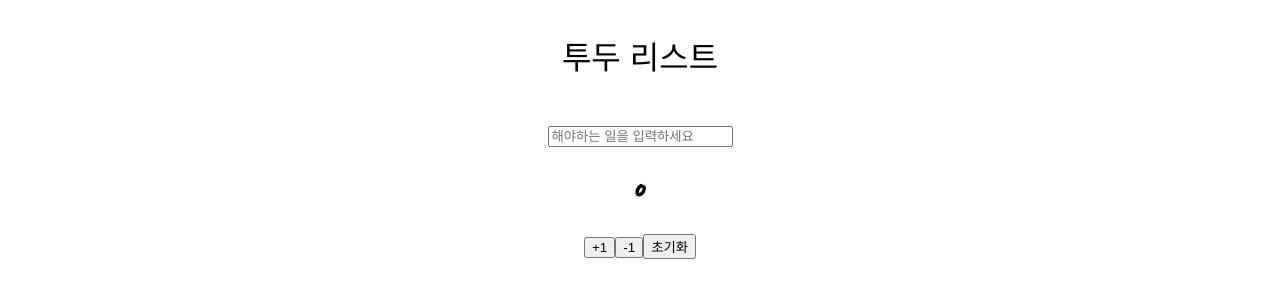
Repository: jun01270/Todo-List_React
Page: /
An editor plug-in stored every save of this project. The page is shown before and after a run of saves, followed by the edit.
The browser window is 1280 px wide. The pictures show the whole page.
The project was rebuilt for these pictures with package versions that can differ from the ones it lists, and the page was loaded fresh each time.

Above is the page before, as saved 2023-01-02 13:33:37.

### public/index.html
<!DOCTYPE html>
<html lang="en">
  <head>
    <meta charset="utf-8" />
    <link rel="preconnect" href="https://fonts.googleapis.com" />
    <link rel="preconnect" href="https://fonts.gstatic.com" crossorigin />
    <link
      href="https://fonts.googleapis.com/css2?family=Nanum+Pen+Script&display=swap"
      rel="stylesheet"
    />
    <meta name="viewport" content="width=device-width, initial-scale=1" />
    <meta name="theme-color" content="#000000" />
    <meta
      name="description"
      content="Web site created using create-react-app"
    />
    <link rel="apple-touch-icon" href="%PUBLIC_URL%/logo192.png" />
    <!--
      manifest.json provides metadata used when your web app is installed on a
      user's mobile device or desktop. See https://developers.google.com/web/fundamentals/web-app-manifest/
    -->
    <link rel="manifest" href="%PUBLIC_URL%/manifest.json" />
    <!--
      Notice the use of %PUBLIC_URL% in the tags above.
      It will be replaced with the URL of the `public` folder during the build.
      Only files inside the `public` folder can be referenced from the HTML.

      Unlike "/favicon.ico" or "favicon.ico", "%PUBLIC_URL%/favicon.ico" will
      work correctly both with client-side routing and a non-root public URL.
      Learn how to configure a non-root public URL by running `npm run build`.
    -->
    <title>React App</title>
  </head>
  <body>
    <noscript>You need to enable JavaScript to run this app.</noscript>
    <div id="root"></div>
    <!--
      This HTML file is a template.
      If you open it directly in the browser, you will see an empty page.

      You can add webfonts, meta tags, or analytics to this file.
      The build step will place the bundled scripts into the <body> tag.

      To begin the development, run `npm start` or `yarn start`.
      To create a production bundle, use `npm run build` or `yarn build`.
    -->
  </body>
</html>

### src/App.js
import "./App.css";
import Counter from "./counter";
import Todo from "./todo";

function App() {
  const handleEvent = (event) => {
    console.log(event.target.value);
  };
  return (
    <div className="todo">
      <Todo />
      <Counter />
    </div>
  );
}

export default App;

### src/App.css
.todo {
  text-align: center;
  font-family: "Nanum Pen Script", cursive;
}

.todo-all {
  font-size: xx-large;
}

.todo-list {
}

.todo-title {
  font-family: "Nanum Pen Script", cursive;
}

.todo-Form {
}

.sub {
  margin-left: 5px;
}

### src/counter.js
import React, { useState } from "react";

function Counter() {
  let [num, numPlus] = useState(0);

  let increase = () => {
    console.log("+1");
    numPlus(num + 1);
  };
  let decrease = () => {
    console.log("-1");
    numPlus(num - 1);
  };

  let set = () => {
    console.log("-1");
    numPlus(0);
  };

  return (
    <div>
      <h1>{num}</h1>
      <button onClick={increase}>+1</button>
      <button onClick={decrease}>-1</button>
      <button onClick={set}>초기화</button>
    </div>
  );
}

export default Counter;

### src/todo.js
import { useState } from "react";
import "./App.css";

function Todo() {
  const handleEvent = (event) => {
    setinputValue(event.target.value);
  };

  const [inputValue, setinputValue] = useState();

  return (
    <div className="todo">
      <div className="todo-all">
        <p className="todo-title">투두 리스트</p>
        <div className="todo-list">
          <div className="todo-form">
            <input
              type="text"
              placeholder="해야하는 일을 입력하세요"
              onChange={handleEvent}
              value={inputValue}
            ></input>
          </div>
        </div>
      </div>
    </div>
  );
}

export default Todo;

Loaded but not shown: src/index.js (common file); src/index.css (common file); src/reportWebVitals.js (common file)

After the next 2 saves:
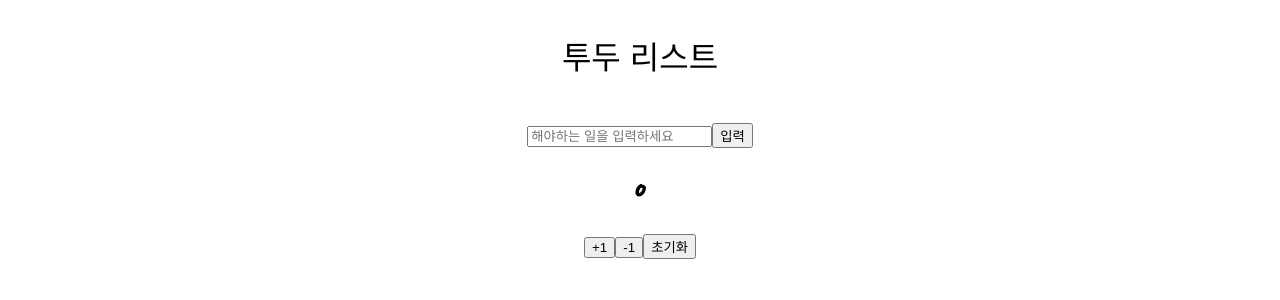
The 2 saves are shown as one change because 1 did not build or start.
The last was saved 3 min 44 s later.
--- a/src/todo.js
+++ b/src/todo.js
@@ -6,7 +6,10 @@ function Todo() {
     setinputValue(event.target.value);
   };
 
-  const [inputValue, setinputValue] = useState();
+  const [inputValue, setinputValue] = useState("");
+  const [todoList, setTodoList] = useState([]);
+
+  const addTodo = () => {};
 
   return (
     <div className="todo">
@@ -20,6 +23,7 @@ function Todo() {
               onChange={handleEvent}
               value={inputValue}
             ></input>
+            <button onClick={addTodo}>입력</button>
           </div>
         </div>
       </div>
